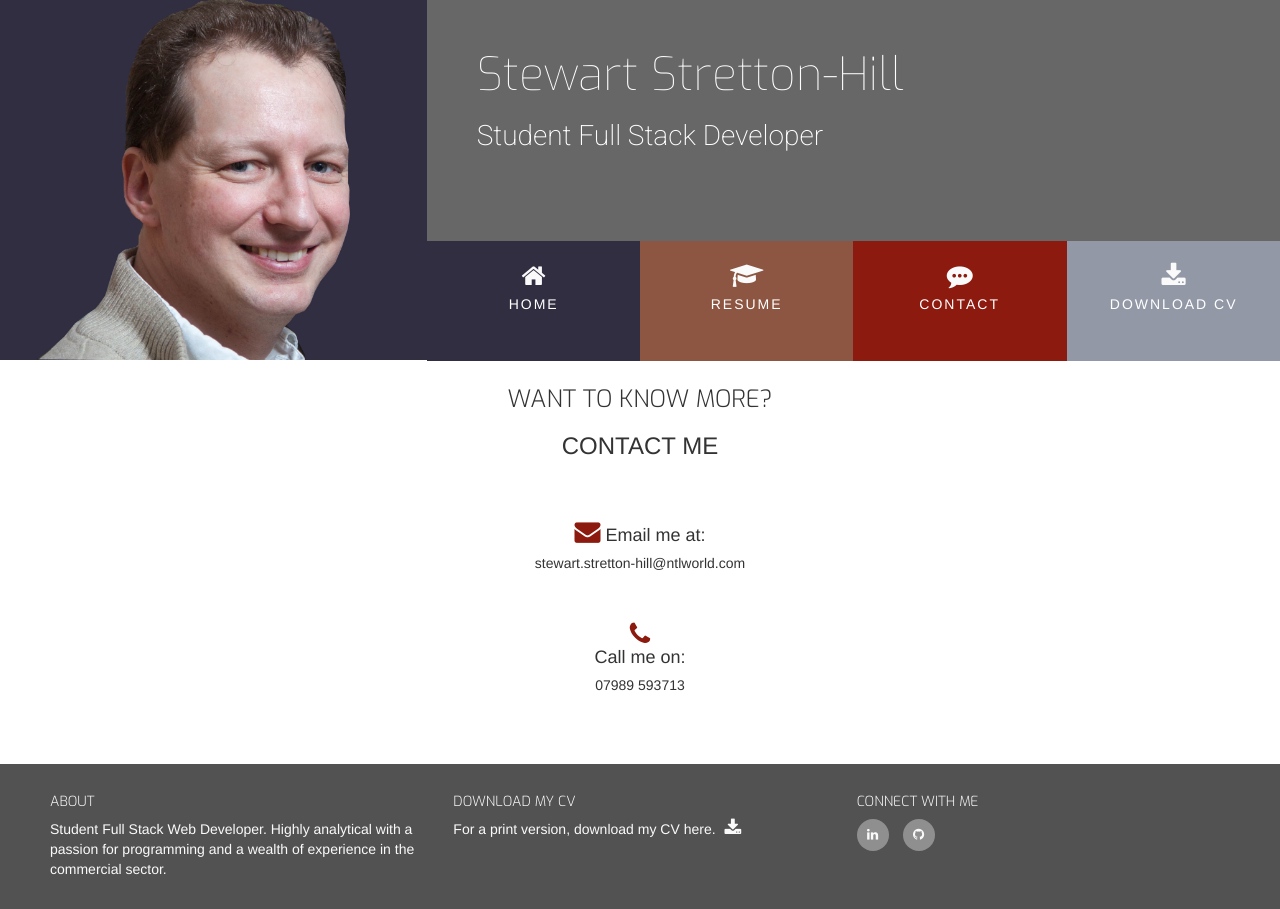
Repository: Shilldon/CV
Page: contact.html
The author's editor kept a record of every edit. The page is drawn from the files as they stood at one moment, then again after the next edit.
The browser window is 1280 px wide. The pictures show the whole page.

Above is the page before.

After the next edit:
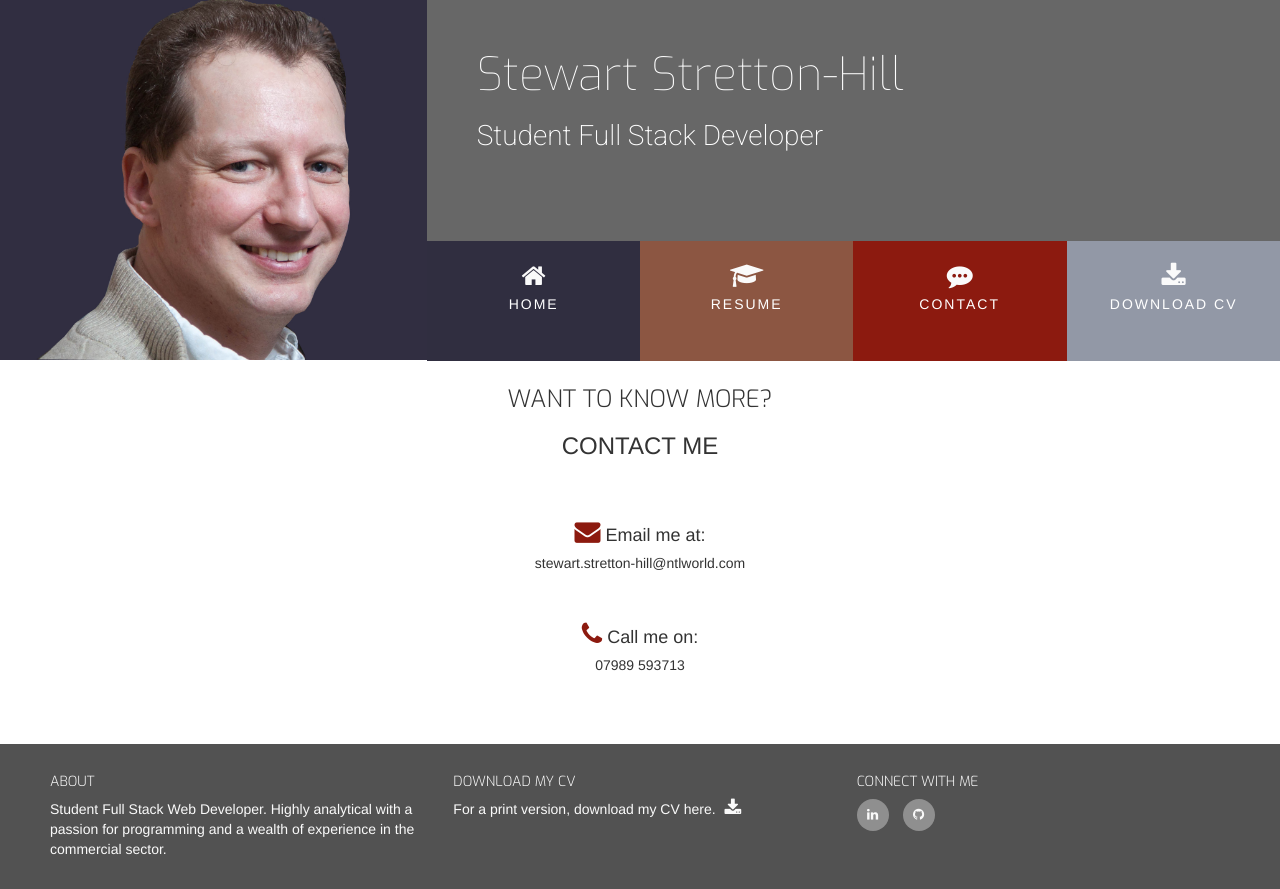
The edit:
--- a/contact.html
+++ b/contact.html
@@ -59,8 +59,8 @@
                 </div>
                 <div class="row">
                     <div class="col-xs-10 col-xs-offset-1 text-center">
-                        <i class="three-reasons-icon fa fa-phone fa-2x" aria-hidden="true"></i>
-                        <h4>Call me on:</h4>
+
+                        <h4><i class="three-reasons-icon fa fa-phone fa-2x" aria-hidden="true"></i> Call me on:</h4>
                         <h5>07989 593713</h5>
                     </div>
                 </div>
